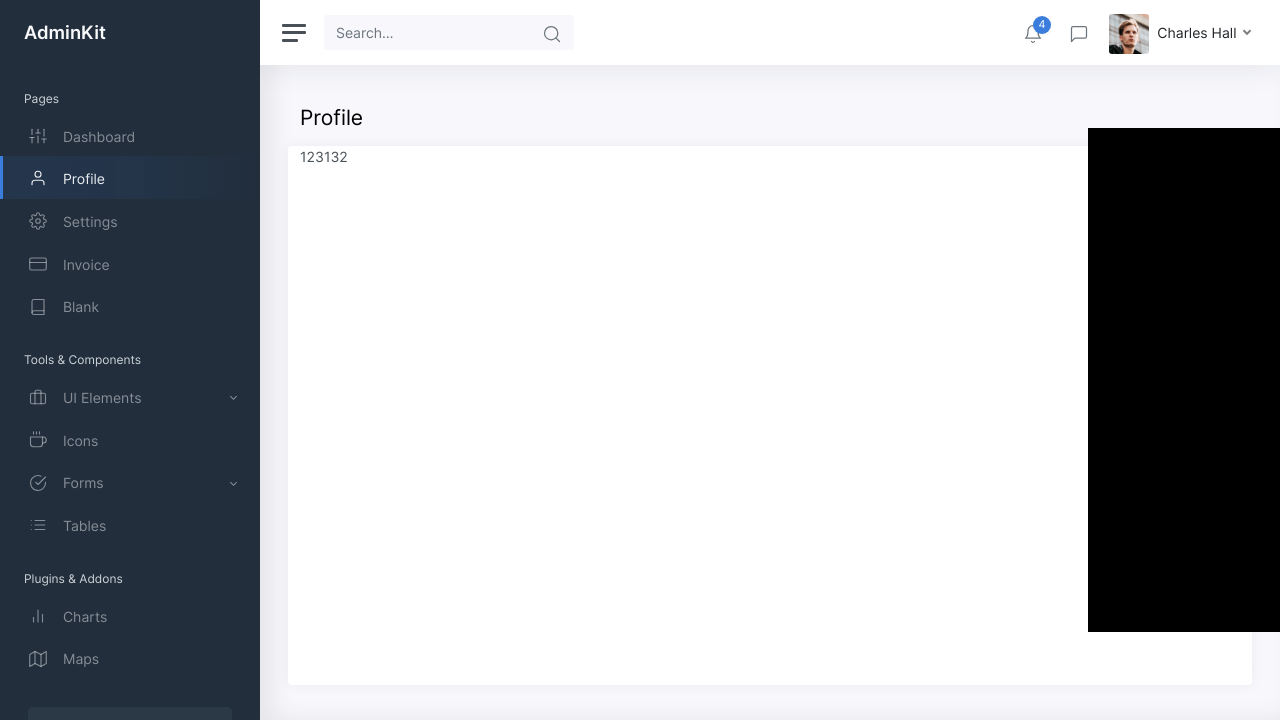
Repository: yuwei0922/WHURS-WGIS
Page: final_project/pages-profile.html
An editor plug-in stored every save of this project. The page is shown before and after the next save, followed by the edit.
The browser window is 1280 px wide. The pictures show the whole page.

Above is the page before, as saved 2022-12-21 20:14:53.
Not found: final_project/js/vendor.js

### final_project/pages-profile.html
<!DOCTYPE html>
<html lang="en">

<head>
	<meta charset="utf-8">
	<meta http-equiv="X-UA-Compatible" content="IE=edge">
	<meta name="viewport" content="width=device-width, initial-scale=1, shrink-to-fit=no">
	<meta name="description" content="Responsive Web UI Kit &amp; Dashboard Template based on Bootstrap">
	<meta name="author" content="AdminKit">
	<meta name="keywords" content="adminkit, bootstrap, web ui kit, dashboard template, admin template">
	<link rel="shortcut icon" href="img/icons/icon-48x48.png" />
	<title>Profile</title>
	<link href="css/app.css" rel="stylesheet">
	<link rel="stylesheet" href="css/content.css">
</head>

<body>
	<div class="wrapper">
		<nav id="sidebar" class="sidebar">
			<div class="sidebar-content js-simplebar">
				<a class="sidebar-brand" href="index.html">
          <span class="align-middle">AdminKit</span>
        </a>

				<ul class="sidebar-nav">
					<li class="sidebar-header">
						Pages
					</li>

					<li class="sidebar-item">
						<a class="sidebar-link" href="index.html">
              <i class="align-middle" data-feather="sliders"></i> <span class="align-middle">Dashboard</span>
            </a>
					</li>

					<li class="sidebar-item active">
						<a class="sidebar-link" href="pages-profile.html">
              <i class="align-middle" data-feather="user"></i> <span class="align-middle">Profile</span>
            </a>
					</li>

					<li class="sidebar-item">
						<a class="sidebar-link" href="pages-settings.html">
              <i class="align-middle" data-feather="settings"></i> <span class="align-middle">Settings</span>
            </a>
					</li>

					<li class="sidebar-item">
						<a class="sidebar-link" href="pages-invoice.html">
              <i class="align-middle" data-feather="credit-card"></i> <span class="align-middle">Invoice</span>
            </a>
					</li>

					<li class="sidebar-item">
						<a class="sidebar-link" href="pages-blank.html">
              <i class="align-middle" data-feather="book"></i> <span class="align-middle">Blank</span>
            </a>
					</li>

					<li class="sidebar-header">
						Tools & Components
					</li>
					<li class="sidebar-item">
						<a href="#ui" data-toggle="collapse" class="sidebar-link collapsed">
              <i class="align-middle" data-feather="briefcase"></i> <span class="align-middle">UI Elements</span>
            </a>
						<ul id="ui" class="sidebar-dropdown list-unstyled collapse " data-parent="#sidebar">
							<li class="sidebar-item"><a class="sidebar-link" href="ui-alerts.html">Alerts</a></li>
							<li class="sidebar-item"><a class="sidebar-link" href="ui-buttons.html">Buttons</a></li>
							<li class="sidebar-item"><a class="sidebar-link" href="ui-cards.html">Cards</a></li>
							<li class="sidebar-item"><a class="sidebar-link" href="ui-general.html">General</a></li>
							<li class="sidebar-item"><a class="sidebar-link" href="ui-grid.html">Grid</a></li>
							<li class="sidebar-item"><a class="sidebar-link" href="ui-modals.html">Modals</a></li>
							<li class="sidebar-item"><a class="sidebar-link" href="ui-typography.html">Typography</a></li>
						</ul>
					</li>

					<li class="sidebar-item">
						<a class="sidebar-link" href="icons-feather.html">
              <i class="align-middle" data-feather="coffee"></i> <span class="align-middle">Icons</span>
            </a>
					</li>

					<li class="sidebar-item">
						<a href="#forms" data-toggle="collapse" class="sidebar-link collapsed">
              <i class="align-middle" data-feather="check-circle"></i> <span class="align-middle">Forms</span>
            </a>
						<ul id="forms" class="sidebar-dropdown list-unstyled collapse " data-parent="#sidebar">
							<li class="sidebar-item"><a class="sidebar-link" href="forms-layouts.html">Form Layouts</a></li>
							<li class="sidebar-item"><a class="sidebar-link" href="forms-basic-inputs.html">Basic Inputs</a></li>
						</ul>
					</li>

					<li class="sidebar-item">
						<a class="sidebar-link" href="tables-bootstrap.html">
              <i class="align-middle" data-feather="list"></i> <span class="align-middle">Tables</span>
            </a>
					</li>

					<li class="sidebar-header">
						Plugins & Addons
					</li>

					<li class="sidebar-item">
						<a class="sidebar-link" href="charts-chartjs.html">
              <i class="align-middle" data-feather="bar-chart-2"></i> <span class="align-middle">Charts</span>
            </a>
					</li>

					<li class="sidebar-item">
						<a class="sidebar-link" href="maps-google.html">
              <i class="align-middle" data-feather="map"></i> <span class="align-middle">Maps</span>
            </a>
					</li>
				</ul>

				<div class="sidebar-cta">
					<div class="sidebar-cta-content">
						<strong class="d-inline-block mb-2">Upgrade to Pro</strong>
						<div class="mb-3 text-sm">
							Are you looking for more components?
						</div>
						<a href="#" target="_blank" class="btn btn-outline-primary btn-block">Upgrade</a>
					</div>
				</div>
			</div>
		</nav>

		<div class="main">
			<nav class="navbar navbar-expand navbar-light navbar-bg">
				<a class="sidebar-toggle d-flex">
          <i class="hamburger align-self-center"></i>
        </a>

				<form class="form-inline d-none d-sm-inline-block">
					<div class="input-group input-group-navbar">
						<input type="text" class="form-control" placeholder="Search…" aria-label="Search">
						<div class="input-group-append">
							<button class="btn" type="button">
                <i class="align-middle" data-feather="search"></i>
              </button>
						</div>
					</div>
				</form>

				<div class="navbar-collapse collapse">
					<ul class="navbar-nav navbar-align">
						<li class="nav-item dropdown">
							<a class="nav-icon dropdown-toggle" href="#" id="alertsDropdown" data-toggle="dropdown">
								<div class="position-relative">
									<i class="align-middle" data-feather="bell"></i>
									<span class="indicator">4</span>
								</div>
							</a>
							<div class="dropdown-menu dropdown-menu-lg dropdown-menu-right py-0" aria-labelledby="alertsDropdown">
								<div class="dropdown-menu-header">
									4 New Notifications
								</div>
								<div class="list-group">
									<a href="#" class="list-group-item">
										<div class="row no-gutters align-items-center">
											<div class="col-2">
												<i class="text-danger" data-feather="alert-circle"></i>
											</div>
											<div class="col-10">
												<div class="text-dark">Update completed</div>
												<div class="text-muted small mt-1">Restart server 12 to complete the update.</div>
												<div class="text-muted small mt-1">30m ago</div>
											</div>
										</div>
									</a>
									<a href="#" class="list-group-item">
										<div class="row no-gutters align-items-center">
											<div class="col-2">
												<i class="text-warning" data-feather="bell"></i>
											</div>
											<div class="col-10">
												<div class="text-dark">Lorem ipsum</div>
												<div class="text-muted small mt-1">Aliquam ex eros, imperdiet vulputate hendrerit et.</div>
												<div class="text-muted small mt-1">2h ago</div>
											</div>
										</div>
									</a>
									<a href="#" class="list-group-item">
										<div class="row no-gutters align-items-center">
											<div class="col-2">
												<i class="text-primary" data-feather="home"></i>
											</div>
											<div class="col-10">
												<div class="text-dark">Login from 192.186.1.8</div>
												<div class="text-muted small mt-1">5h ago</div>
											</div>
										</div>
									</a>
									<a href="#" class="list-group-item">
										<div class="row no-gutters align-items-center">
											<div class="col-2">
												<i class="text-success" data-feather="user-plus"></i>
											</div>
											<div class="col-10">
												<div class="text-dark">New connection</div>
												<div class="text-muted small mt-1">Christina accepted your request.</div>
												<div class="text-muted small mt-1">14h ago</div>
											</div>
										</div>
									</a>
								</div>
								<div class="dropdown-menu-footer">
									<a href="#" class="text-muted">Show all notifications</a>
								</div>
							</div>
						</li>
						<li class="nav-item dropdown">
							<a class="nav-icon dropdown-toggle" href="#" id="messagesDropdown" data-toggle="dropdown">
								<div class="position-relative">
									<i class="align-middle" data-feather="message-square"></i>
								</div>
							</a>
							<div class="dropdown-menu dropdown-menu-lg dropdown-menu-right py-0" aria-labelledby="messagesDropdown">
								<div class="dropdown-menu-header">
									<div class="position-relative">
										4 New Messages
									</div>
								</div>
								<div class="list-group">
									<a href="#" class="list-group-item">
										<div class="row no-gutters align-items-center">
											<div class="col-2">
												<img src="img/avatars/avatar-5.jpg" class="avatar img-fluid rounded-circle" alt="Vanessa Tucker">
											</div>
											<div class="col-10 pl-2">
												<div class="text-dark">Vanessa Tucker</div>
												<div class="text-muted small mt-1">Nam pretium turpis et arcu. Duis arcu tortor.</div>
												<div class="text-muted small mt-1">15m ago</div>
											</div>
										</div>
									</a>
									<a href="#" class="list-group-item">
										<div class="row no-gutters align-items-center">
											<div class="col-2">
												<img src="img/avatars/avatar-2.jpg" class="avatar img-fluid rounded-circle" alt="William Harris">
											</div>
											<div class="col-10 pl-2">
												<div class="text-dark">William Harris</div>
												<div class="text-muted small mt-1">Curabitur ligula sapien euismod vitae.</div>
												<div class="text-muted small mt-1">2h ago</div>
											</div>
										</div>
									</a>
									<a href="#" class="list-group-item">
										<div class="row no-gutters align-items-center">
											<div class="col-2">
												<img src="img/avatars/avatar-4.jpg" class="avatar img-fluid rounded-circle" alt="Christina Mason">
											</div>
											<div class="col-10 pl-2">
												<div class="text-dark">Christina Mason</div>
												<div class="text-muted small mt-1">Pellentesque auctor neque nec urna.</div>
												<div class="text-muted small mt-1">4h ago</div>
											</div>
										</div>
									</a>
									<a href="#" class="list-group-item">
										<div class="row no-gutters align-items-center">
											<div class="col-2">
												<img src="img/avatars/avatar-3.jpg" class="avatar img-fluid rounded-circle" alt="Sharon Lessman">
											</div>
											<div class="col-10 pl-2">
												<div class="text-dark">Sharon Lessman</div>
												<div class="text-muted small mt-1">Aenean tellus metus, bibendum sed, posuere ac, mattis non.</div>
												<div class="text-muted small mt-1">5h ago</div>
											</div>
										</div>
									</a>
								</div>
								<div class="dropdown-menu-footer">
									<a href="#" class="text-muted">Show all messages</a>
								</div>
							</div>
						</li>
						<li class="nav-item dropdown">
							<a class="nav-icon dropdown-toggle d-inline-block d-sm-none" href="#" data-toggle="dropdown">
                <i class="align-middle" data-feather="settings"></i>
              </a>

							<a class="nav-link dropdown-toggle d-none d-sm-inline-block" href="#" data-toggle="dropdown">
                <img src="img/avatars/avatar.jpg" class="avatar img-fluid rounded mr-1" alt="Charles Hall" /> <span class="text-dark">Charles Hall</span>
              </a>
							<div class="dropdown-menu dropdown-menu-right">
								<a class="dropdown-item" href="pages-profile.html"><i class="align-middle mr-1" data-feather="user"></i> Profile</a>
								<a class="dropdown-item" href="#"><i class="align-middle mr-1" data-feather="pie-chart"></i> Analytics</a>
								<div class="dropdown-divider"></div>
								<a class="dropdown-item" href="pages-settings.html"><i class="align-middle mr-1" data-feather="settings"></i> Settings & Privacy</a>
								<a class="dropdown-item" href="#"><i class="align-middle mr-1" data-feather="help-circle"></i> Help Center</a>
								<div class="dropdown-divider"></div>
								<a class="dropdown-item" href="#">Log out</a>
							</div>
						</li>
					</ul>
				</div>
			</nav>

			<main class="content" style="position: relative;">
				<div class="container-fluid p-0 map-background">

					<h1 class="h3 mb-3">Profile</h1>

					<div class="row map-background">
						<div class="card col-12 mapcontent">123132</div>

					</div>
					</div>
				</div>
				<div class="select-contronller">
			</main>


	</div>

	<script src="js/vendor.js"></script>
	<script src="js/app.js"></script>

</body>

</html>

### final_project/css/content.css
.map-background{
    height:100%;
    position: relative;
}

.mapcontent{
    height: 90%;
}

.select-contronller{
    display: inline-block;
    position: absolute;
    margin: 10% 0;
    right: 0;
    height: 70%;
    background-color: black;
    width: 15%;
}

Loaded but not shown: final_project/css/app.css (library); final_project/js/app.js (library)

After the next save:
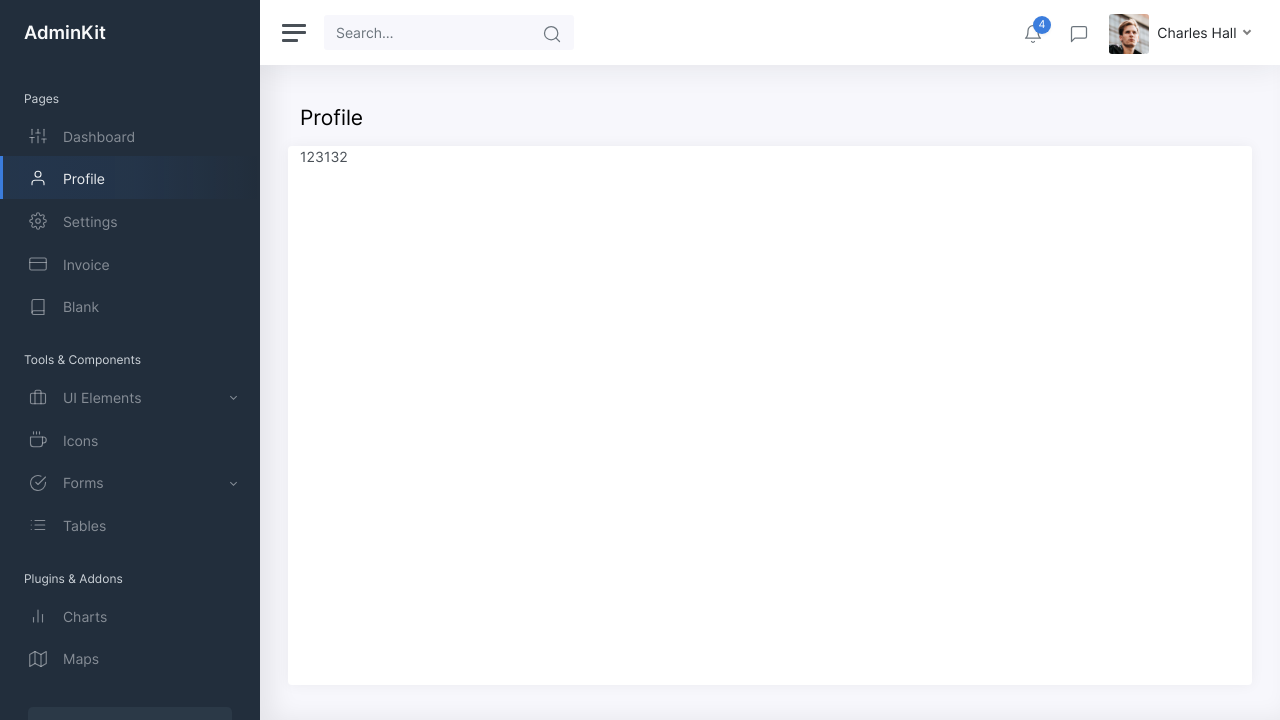
Saved 3 min 53 s later.
--- a/final_project/pages-profile.html
+++ b/final_project/pages-profile.html
@@ -306,11 +306,12 @@
 
 					<div class="row map-background">
 						<div class="card col-12 mapcontent">123132</div>
-
-					</div>
 					</div>
 				</div>
 				<div class="select-contronller">
+					<input type="text" placeholder="起点" name="ori" class="input-ori">
+				</div>
+
 			</main>
 
 
--- a/final_project/css/content.css
+++ b/final_project/css/content.css
@@ -13,6 +13,14 @@
     margin: 10% 0;
     right: 0;
     height: 70%;
-    background-color: black;
+    background-color: aliceblue;
     width: 15%;
 }
+
+.input-ori{
+    position: absolute;
+    margin: 0 auto;
+    padding-top: 10px;
+    height: 100px;
+    width: 10%;
+}
